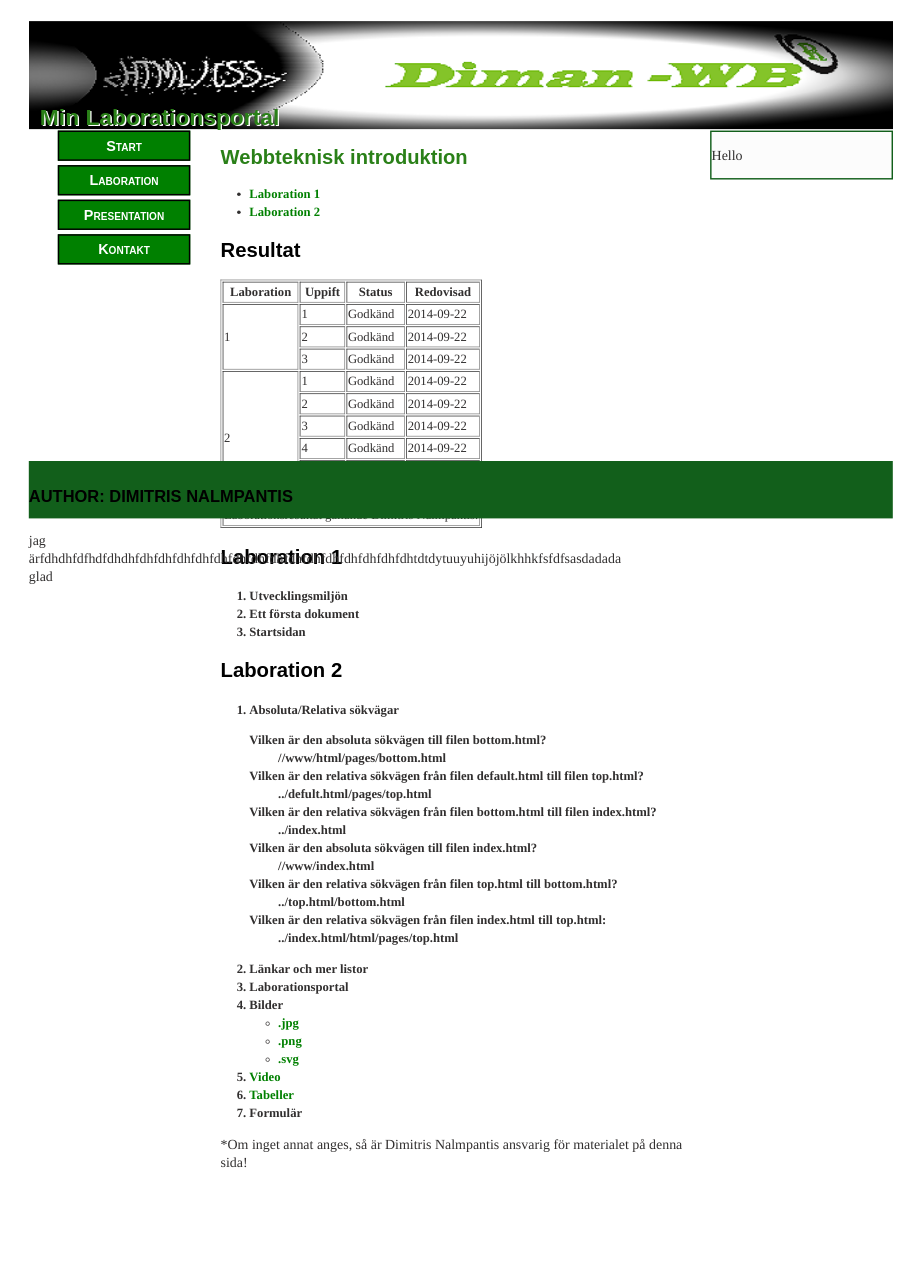
Repository: dn222em/1ik415-laborationer
Page: pages/laborationer.html
The author's editor kept a record of every edit. The page is drawn from the files as they stood at one moment, then again after the next edit.
The browser window is 1280 px wide. The pictures show the whole page, at 72% of full size.

Above is the page before.

After the next edit:
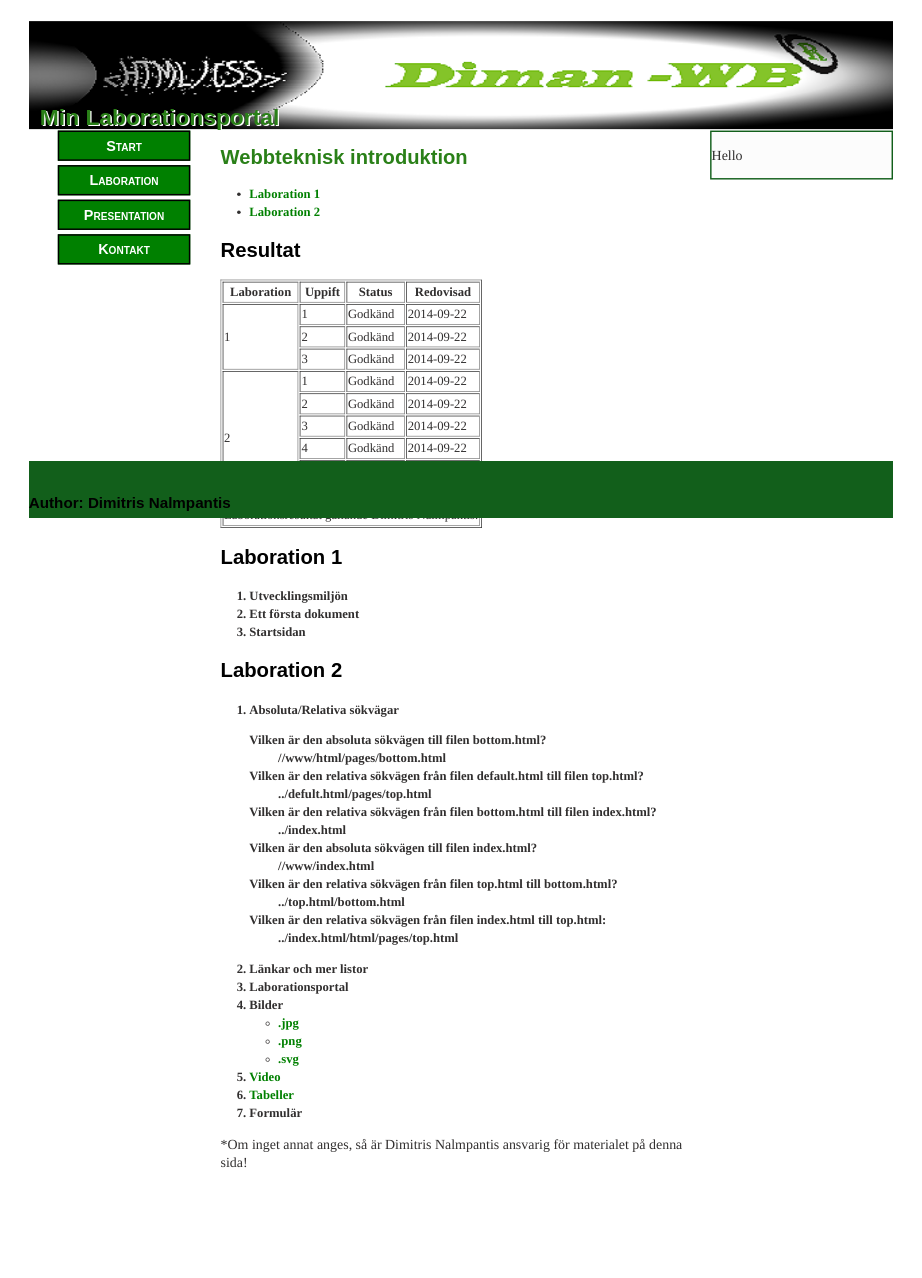
The edit:
--- a/pages/laborationer.html
+++ b/pages/laborationer.html
@@ -140,8 +140,7 @@
 		<p>Hello</p>
 	</div>
 	<div id="footer">
-	    <h5>Author: Dimitris Nalmpantis</h5>
-	    <p>jag ärfdhdhfdfhdfdhdhfdhfdhfdhfdhfdhfdhfdhfdhfdhfdhfdhfdhfdhfdhfdhtdtdytuuyuhijöjölkhhkfsfdfsasdadada glad</p>
+	    <h6>Author: Dimitris Nalmpantis</h6>
 	</div>
 </div>
 	</body>
